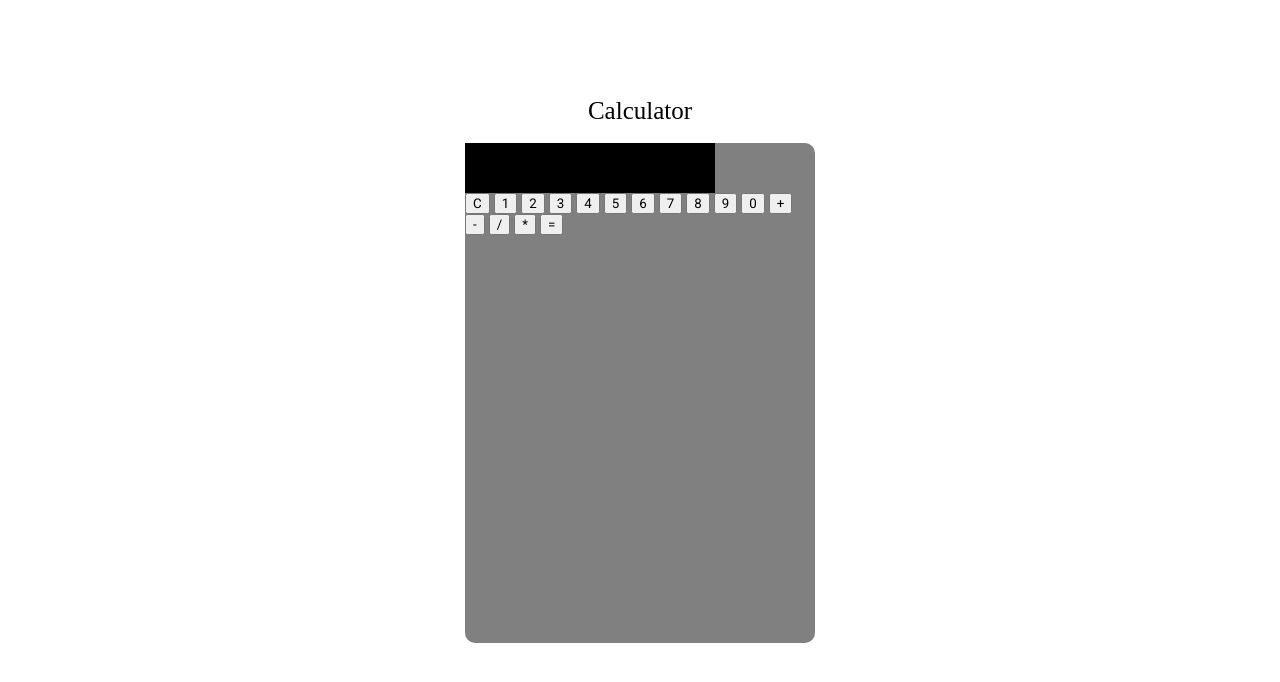
Repository: Gibon9/SimpleCalc
Page: index.html
An editor plug-in stored every save of this project. The page is shown before and after the next save, followed by the edit.
The browser window is 1280 px wide. The pictures show the whole page.
Some web fonts or font styles are not loaded; a fallback is used.

Above is the page before, as saved 2020-11-25 20:57:21.

After the next save:
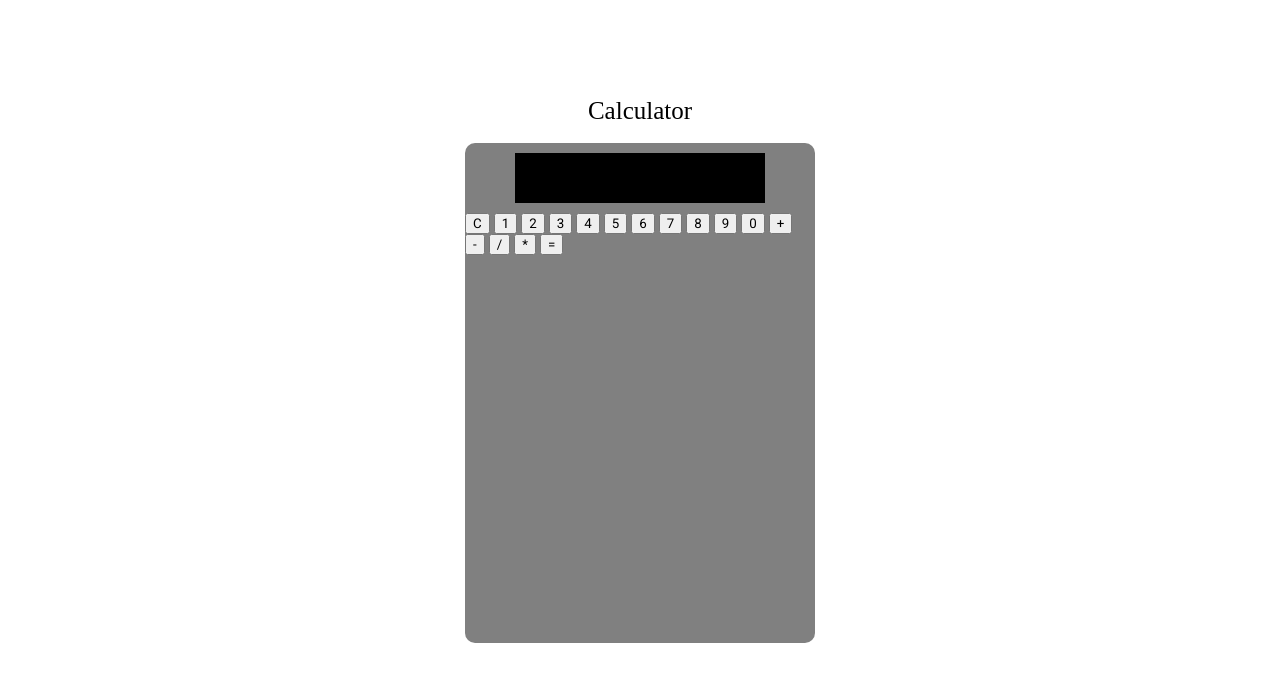
Saved 16 s later.
--- a/style/style.css
+++ b/style/style.css
@@ -38,6 +38,7 @@
 }
 
 .calc-display {
+  margin: 10px auto;
   width: 250px;
   height: 50px;
   background-color: var(--display-color);
